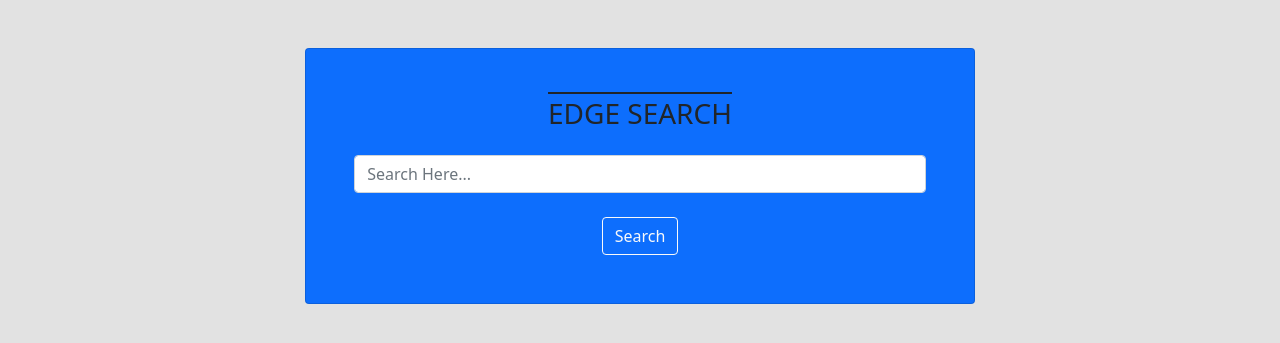
Repository: IamPawan777/spring-MCV
Page: http://localhost/my_search_engine/edgePage.jsp
The author's editor kept a copy of each file at every save. The page is drawn from the files as they stood at one save, then again after the next save.
The browser window is 1280 px wide. The pictures show the whole page.
The page is served by Tomcat 9.

Above is the page before, as saved 2025-01-18 08:00:30.

After the next save:
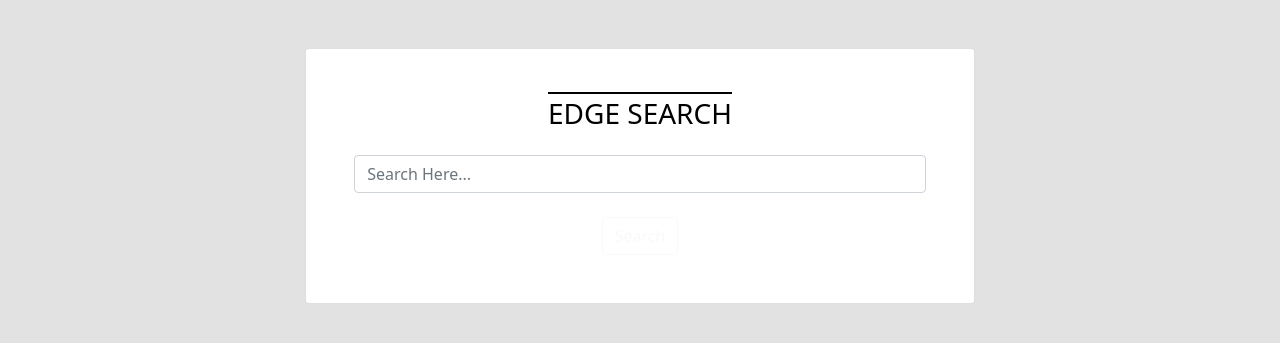
Saved 96 s later.
--- a/my_search_engine/src/main/webapp/edgePage.jsp
+++ b/my_search_engine/src/main/webapp/edgePage.jsp
@@ -16,7 +16,7 @@
 
 
 		<div class="container" >
-			<div class="card mx-auto mt-5 bg-primary" style="width: 60%;">
+			<div class="card mx-auto mt-5 btn-warning" style="width: 60%;">
 				<div class="card-body p-5">
 					<h3 class="text-center" style="text-decoration: overline; text-transform: uppercase;">Edge Search</h3>
 
